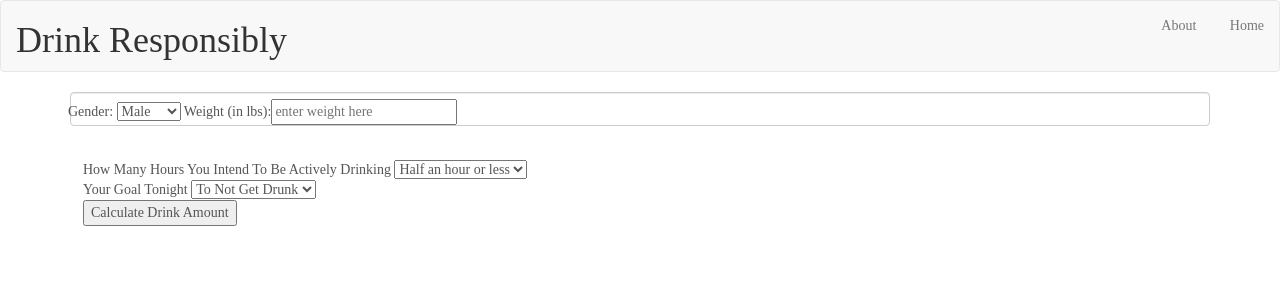
Repository: NatNat180/DrinkResponsibly
Page: http://localhost/DrinkResponsibly/form
These files come from the project's save history. The page is drawn as it stood at one moment and after the next save; the edit follows.
The browser window is 1280 px wide. The pictures show the whole page.
Some web fonts or font styles are not loaded; a fallback is used. The page is served by Tomcat 9. Other server files are loaded and not shown.

Above is the page before, as saved 2016-04-07 15:40:12.

### DrinkResponsibly/WebContent/WEB-INF/index.jsp
<%@ page language="java" contentType="text/html; charset=UTF-8"
    pageEncoding="ISO-8859-1"%>
<%@ taglib prefix="c" uri="http://java.sun.com/jsp/jstl/core" %>
<!DOCTYPE html>
<html lang="eng">
<head>
<meta http-equiv="Content-Type" content="text/html; charset=UTF-8">
<link rel="stylesheet" type="text/css" href="bootstrap/css/bootstrap.css"/>
<link rel="stylesheet" type="text/css" href="css/style.css"/>
<title>Drink Responsibly</title>
</head>
<body>
<c:import url="/WEB-INF/navigation.html"/>
<section class="container">
<form class="form-control" method="post" action="calculate-drink-amount">

<div class="form-group row">
Gender:
<select name="gender">
	<option value="male">Male</option>
	<option value="female">Female</option>
</select>
<!--<input type="radio" name="gender" value="male">Male<br>
<input type="radio" name="gender" value="female">Female<br>-->
Weight (in lbs):<input type="text" name="weight" placeholder="enter weight here" required>
</div>
<br>

How Many Hours You Intend To Be Actively Drinking
<select name="drink-time">
	<option value="0">Half an hour  or less</option>
	<option value="1">1</option>
	<option value="2">2</option>
	<option value="3">3</option>
	<option value="4">4</option>
	<option value="5">5</option>
	<option value="6">6</option>
	<option value="7">7</option>
	<option value="8">8</option>
	<option value="9">9</option>
	<option value="10">10</option>
	<option value="11">11</option>
	<option value="12">12+</option>
</select>
<br>

Your Goal Tonight
<select name="goal">
	<option value="drunk">To Not Get Drunk</option>
	<option value="sick">To Not Get Sick</option>
</select>
<br>

<input type="submit" value="Calculate Drink Amount" name="submit">
</form>
</section>
</body>
</html>

### DrinkResponsibly/WebContent/WEB-INF/navigation.html
<nav class="navbar navbar-default" role="navigation">
	<div class="container-fluid">
		<div class="navbar-header">
		  <h1  class="nav-title">Drink Responsibly</h1>
		</div>
		<ul class="nav navbar-nav navbar-right">
			<li id="right"><a href="">&nbsp;About</a>
			<li id="right"><a href="form">&nbsp;Home</a>
		</ul>
	</div>
	</nav>
	<!--<nav class="nav-tabs" role="navigation">
	<h1  class="nav-title">Drink Responsibly</h1>
		<ul class="nav navbar-nav navbar-right">
			<li id="right"><a href="">&nbsp;About</a>
			<li id="right"><a href="form">&nbsp;Home</a>
		</ul>
	</nav>-->

### DrinkResponsibly/src/com/application/Form.java
package com.application;

import java.io.IOException;
import javax.servlet.ServletException;
import javax.servlet.annotation.WebServlet;
import javax.servlet.http.HttpServlet;
import javax.servlet.http.HttpServletRequest;
import javax.servlet.http.HttpServletResponse;

@WebServlet("/form")
public class Form extends HttpServlet {
	private static final long serialVersionUID = 1L;

    public Form() {
        super();

    }

	protected void doPost(HttpServletRequest request, HttpServletResponse response) throws ServletException, IOException {

		doGet(request, response);
	}

	protected void doGet(HttpServletRequest request, HttpServletResponse response) throws ServletException, IOException {

		request.getServletContext().getRequestDispatcher("/WEB-INF/index.jsp").forward(request, response);
	}

}

### DrinkResponsibly/WebContent/css/style.css
@import url(https://fonts.googleapis.com/css?family=Fjalla+One|Poiret+One|Bitter|Arvo|Amatic+SC:400,700);

/*
font-family: 'Fjalla One', sans-serif;
font-family: 'Poiret One', cursive;
font-family: 'Bitter', serif;
font-family: 'Arvo', serif;
font-family: 'Amatic SC', cursive;
*/

h1 {font-family: 'Poiret One', cursive;}
body {font-family: 'Arvo', serif;}

a:hover{
	text-decoration: none;
}

form p {
	margin-top: 5px;
	margin-bottom: 5px;
}

Loaded but not shown: DrinkResponsibly/WebContent/bootstrap/css/bootstrap.css (library)

After the next save:
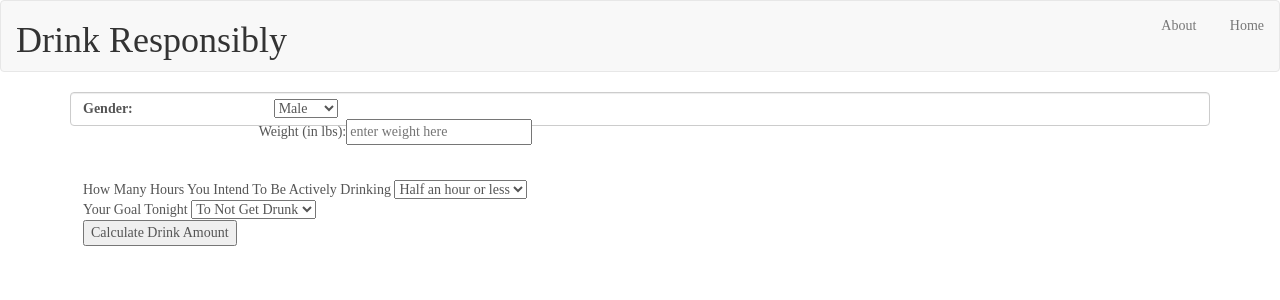
Saved 2 min 3 s later.
--- a/DrinkResponsibly/WebContent/WEB-INF/index.jsp
+++ b/DrinkResponsibly/WebContent/WEB-INF/index.jsp
@@ -15,11 +15,13 @@
 <form class="form-control" method="post" action="calculate-drink-amount">
 
 <div class="form-group row">
-Gender:
+<label class="col-sm-2 form-control-label">Gender:</label>
+<div class="col-sm-10">
 <select name="gender">
 	<option value="male">Male</option>
 	<option value="female">Female</option>
 </select>
+</div>
 <!--<input type="radio" name="gender" value="male">Male<br>
 <input type="radio" name="gender" value="female">Female<br>-->
 Weight (in lbs):<input type="text" name="weight" placeholder="enter weight here" required>
